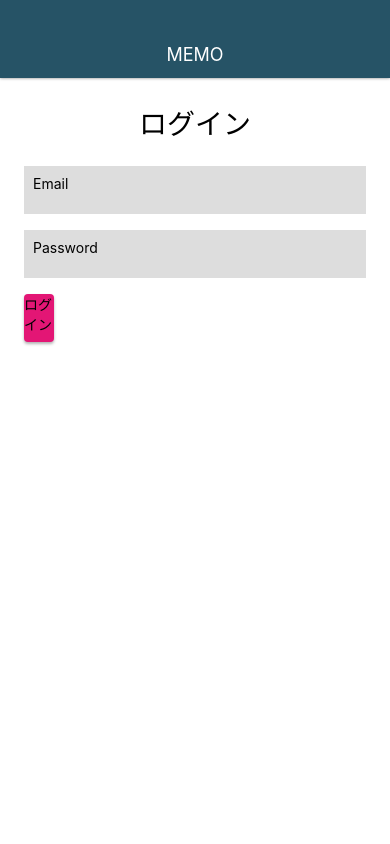
Repository: NagataRyuji0630/memo_app_for_reactNative
Screen: /
These files come from the project's save history. The screen is drawn as it stood at one moment and after the next save; the edit follows.
The app was drawn by React Native's web renderer in a window 390 px wide. The project was rebuilt for these pictures with package versions that can differ from the ones it lists, and the page was loaded fresh each time. Some packages were replaced by stand-ins written for this rebuild. Also part of the build but not shown: src/components/MemoList.jsx, src/elements/CircleBtn.jsx, src/screens/MemoListScreen.jsx, src/screens/MemoDetailScreen.jsx, src/screens/MemoEditScreen.jsx.

Above is the screen before, as saved 2020-05-15 08:44:38.

### App.js
import React from 'react';
import { StyleSheet, View } from 'react-native';
import AppBar from './src/components/AppBar';
import MemoListScreen from './src/screens/MemoListScreen'
import MemoDtailScreen from './src/screens/MemoDetailScreen';
import MemoEditScreen from './src/screens/MemoEditScreen';
import LoginScreen from './src/screens/LoginScreen';


export default class App extends React.Component {
  render() {
    return (
      <View style={styles.container}>
        <AppBar />
        <LoginScreen />
      </View>
    );
  }
}

const styles = StyleSheet.create({
  container: {
    flex: 1,
    backgroundColor: '#FFFDF6',
    alignItems: 'center',
    justifyContent: 'center',
    paddingTop: 78,
  },
});

### src/components/AppBar.jsx
import React from 'react';
import { Component } from 'react';
import { StyleSheet, View, Text } from 'react-native';

const styles = StyleSheet.create({
    appbar: {
        position: 'absolute',
        top: 0,
        left: 0,
        right: 0,
        height: 78,
        paddingTop: 30,
        backgroundColor: '#265366',
        justifyContent: 'center',
        alignItems: 'center',
        shadowColor: '#000',
        shadowOffset: { width: 0, height: 0 },
        shadowOpacity: 0.5,
        shadowRadius: 3,
        zIndex: 10,
    },
    appbarTitle: {
        color: '#fff',
        fontSize: 18,
    },
});

class AppBar extends Component {
    render() {
        return (
            <View style={styles.appbar}>
                <View>
                    <Text style={styles.appbarTitle}>MEMO</Text>
                </View>
            </View>
        );
    }
}

export default AppBar;

### src/screens/LoginScreen.jsx
import React from 'react';
import { Component } from 'react';
import { StyleSheet, View, Text, TextInput, TouchableHighlight } from 'react-native';
import CircleBtn from '../elements/CircleBtn';


const styles = StyleSheet.create({
    container: {
        flex: 1,
        width: '100%',
        padding: 24,
        backgroundColor: 'white',
    },
    input: {
        backgroundColor: '#ddd',
        height: 48,
        marginBottom: 16,
        borderWidth: 1,
        borderColor: '#ddd',
        padding: 8
    },
    title: {
        fontSize: 28,
        textAlign: 'center',
        marginBottom: 24,
    },
    btn: {
        shadowColor: '#000',
        shadowOffset: { width: 0, height: 2 },
        shadowOpacity: 0.3,
        shadowRadius: 3,
        backgroundColor: '#E31675',
        width: 30,
        height: 48,
        borderRadius: 4,
    }

});


class LoginScreen extends Component {
    render() {
        return (
            <View style={styles.container}>
                    <Text style={styles.title}>ログイン</Text>
                    <TextInput style={styles.input} value='Email' multiline />
                    <TextInput style={styles.input} value='Password' multiline />
                    <TouchableHighlight style={styles.btn} title='通信' onPress={() => {}}>
                        <Text>ログイン</Text>
                    </TouchableHighlight>
            </View>
        );
    }
}

export default LoginScreen;

After the next save:
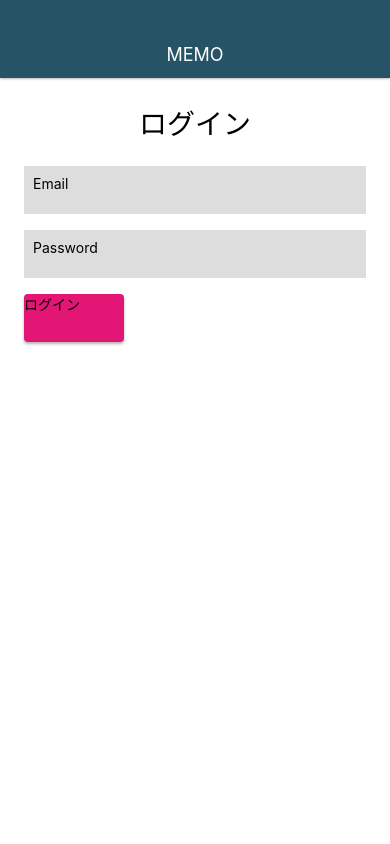
Saved 17 s later.
--- a/src/screens/LoginScreen.jsx
+++ b/src/screens/LoginScreen.jsx
@@ -30,7 +30,7 @@ const styles = StyleSheet.create({
         shadowOpacity: 0.3,
         shadowRadius: 3,
         backgroundColor: '#E31675',
-        width: 30,
+        width: 100,
         height: 48,
         borderRadius: 4,
     }
